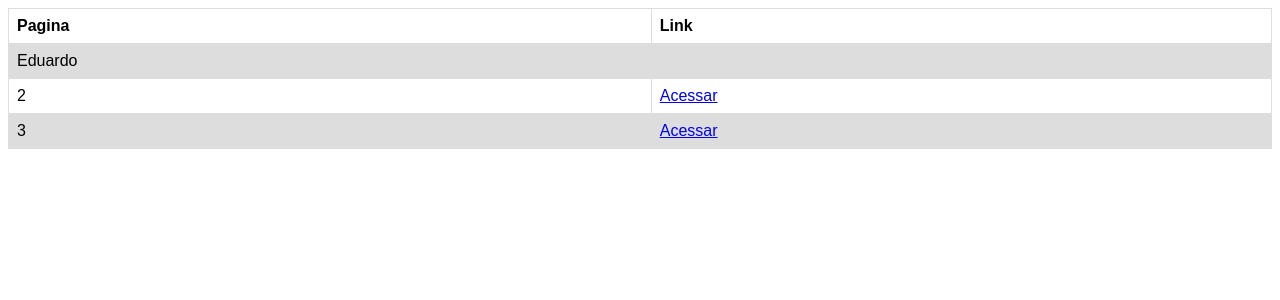
Repository: eduardocorreadesa/progweb
Page: Workspace/fj21-agenda/WebContent/cadastro.html
These files come from the project's save history. The page is drawn as it stood at one moment and after the next save; the edit follows.
The browser window is 1280 px wide. The pictures show the whole page.

Above is the page before, as saved 2016-10-05 00:05:25.

### Workspace/fj21-agenda/WebContent/cadastro.html
<!DOCTYPE html>
<html>
<head>
<meta charset="UTF-8">
<title>Projeto fj21-agenda</title>

<style>
table {
	font-family: arial, sans-serif;
	border-collapse: collapse;
	width: 100%;
}

td, th {
	border: 1px solid #dddddd;
	text-align: left;
	padding: 8px;
}

tr:nth-child(even) {
	background-color: #dddddd;
}
</style>
</head>
<body>

	<table>
		<tr>
			<th>Pagina</th>
			<th>Link</th>
		</tr>
		<tr>
			<td>Eduardo</td>
			<td><a Humano</a></td>
		</tr>
		<tr>
			<td>2</td>
			<td><a
				href="file:///Users/eduardocorreadesa/Documents/Unisul/9%20Fase/ExercicioHTML/pagina2">Acessar</a></td>
		</tr>
		<tr>
			<td>3</td>
			<td><a
				href="file:///Users/eduardocorreadesa/Documents/Unisul/9%20Fase/ExercicioHTML/pagina3">Acessar</a></td>
		</tr>
	</table>

</body>
</html>

After the next save:
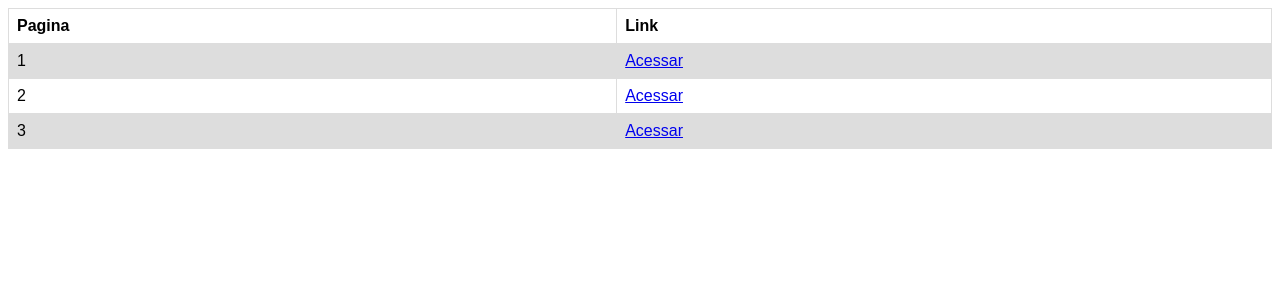
Saved 12 s later.
--- a/Workspace/fj21-agenda/WebContent/cadastro.html
+++ b/Workspace/fj21-agenda/WebContent/cadastro.html
@@ -30,8 +30,9 @@ tr:nth-child(even) {
 			<th>Link</th>
 		</tr>
 		<tr>
-			<td>Eduardo</td>
-			<td><a Humano</a></td>
+			<td>1</td>
+			<td><a
+				href="www.clicrbs.com.br/sc">Acessar</a></td>
 		</tr>
 		<tr>
 			<td>2</td>
